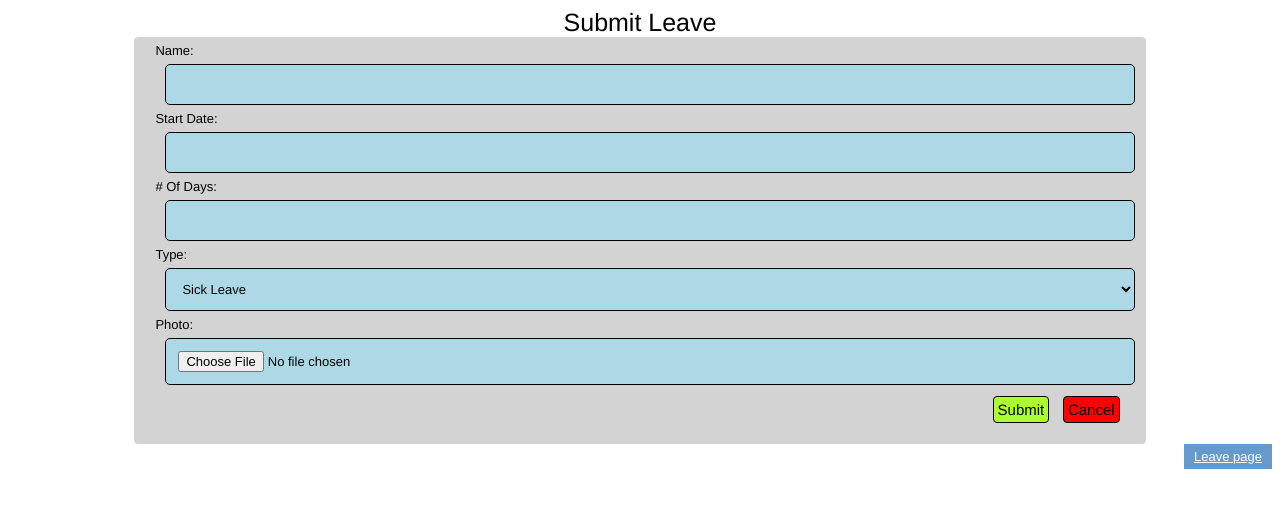
Repository: Murad71/BasicCRUD
Page: index.html
These files come from the project's save history. The page is drawn as it stood at one moment and after the next save; the edit follows.
The browser window is 1280 px wide. The pictures show the whole page.

Above is the page before, as saved 2023-04-18 20:00:16.

### index.html
<!DOCTYPE html>
<html lang="en">
  <head>
    <meta charset="UTF-8" />
    <meta http-equiv="X-UA-Compatible" content="IE=edge" />
    <meta name="viewport" content="width=device-width, initial-scale=1.0" />
    <link rel="stylesheet" href="index.css" />
    <title>Leave Request</title>
  </head>
  <body>
    <div>
      <form id="form1">
        <header>Submit Leave</header>
        <div class="container">
          <label for="name">Name:</label>
          <input type="text" id="name" name="name" />
          <br />
          <label for="startdate">Start Date:</label>
          <input type="text" id="startdate" name="startdate" />
          <br />
          <label for="days"># Of Days:</label>
          <input type="text" id="days" name="days" />
          <br />
          <label for="leaves">Type:</label>
          <select id="leave" name="leaves" required>
            <option value="Sick leave">Sick Leave</option>
            <option value="Early leave">Early Leave</option>
            <option value="Vacation leave">Vacation Leave</option>
            <option value="Other">Other</option>
          </select>
          <br />
          <label for="photo">Photo:</label>
          <input type="file" id="photo" name="photo"/>
          <div class="button-container">
            <input type="submit" value="Submit" id="submitButton"/>
            <input type="reset" value="Cancel" class="cancel" />
          </div>
        </div>
      </form>
      <div class="anchorContainer">
        <a href="index1.html"> Leave page</a>
        <!--Added the hyperlink here-->
      </div>
    </div>
    <script src="script.js"></script>
  </body>
</html>

### index.css
* {
  box-sizing: border-box;
  font-family: "Franklin Gothic Medium", "Arial Narrow", Arial, sans-serif;
  font-size: small;
}

.container {
  background-color: lightgray;
  padding: 5px 20px 15px 20px;
  border: 1px solid lightgray;
  border-radius: 4px;
  /* display: flex; */
  flex-direction: column;
  margin: 0 auto;
  width: 80%;
}

header {
  font-size: 25px;
  text-align: center;
}

input[type="text"],
input[type="file"],
select,
textarea {
  width: 100%;
  padding: 12px;
  margin: 6px;
  border: 1px solid;
  border-radius: 5px;
  margin-left: 10px;
  background-color: lightblue;
}

.button-container {
  text-align: right;
}

input[type="submit"],
input[type="reset"] {
  font-size: 15px;
  border: 1px solid;
  margin: 5px;
  padding: 4px;
  background-color: greenyellow;
  border-radius: 4px;
}

input[type="reset"].cancel {
  background-color: red;
}

.anchorContainer {
  text-align: right;
}

a {
  display: inline-block;
  background: #69c;
  color: #fff;
  padding: 5px 10px;
}

### script.js
let storage=JSON.parse(localStorage.getItem('store')) || [];
let index=JSON.parse(localStorage.getItem('rIndex')) || null;
const submitButtonCatch=document.getElementById("submitButton");
const img= new Image();

//after clicking the submit button
submitButtonCatch.addEventListener("click",() =>{
    const form=document.getElementById("form1");
    let object={};
    let flag=true;

    object["id"]= Date.now();
    for(let i=0;i<form.length;i++)
    {
        if(form.elements[i].name=="photo")
        {
            object[form.elements[i].name]= img.src;
        }
        else
        {
            object[form.elements[i].name]=form.elements[i].value;
        }
        if(form.elements[i].value=='')
        {
            flag=false;
            alert("WARNING: Fill all the given Input correctly.");
            break;
        }
        if(form.elements[i].name=="days" && (form.elements[i].value>7 || form.elements[i].value<1))
        {
            flag=false;
            alert("WARNING: Enter a valid number for vacation");
            break;
        }
    }

    if(flag)
    {
        alert("Your data has been submitted Successfully!!");
        if(index!=null)
        {
            storage[index]=object;
            index=null;
        }
        else storage.push(object);


        localStorage.setItem('store',JSON.stringify(storage));
        localStorage.setItem('rIndex',JSON.stringify(index));
        form.reset();
    }
});


//base64 conversion
const fileEl= document.getElementById('photo');
fileEl.addEventListener('change', () =>{

    const fr= new FileReader();
    fr.readAsDataURL(fileEl.files[0]);

    fr.addEventListener('load', ()=>{

        const url= fr.result;
        img.src= url;

    });

});


console.log(storage);



// let submitButtonClicked=document.getElementById("submitButton");
// let indx=0;
// let flag= true;
// let obj={};

// submitButtonClicked.addEventListener('click',() =>{

//     const form= document.getElementById('form1');
//     obj["id"]= indx;
//     indx++;
//     for(let i=0; i<form.length; i++)
//     {
//         obj[form.elements[i].name]=form.elements[i].value;
//         if(form.elements[i].value=='')
//         {
//             flag=false;
//             alert("WARNING: Fill all the given Input correctly.");
//             break;
//         }
//         if(form.elements[i].name=="days" && (form.elements[i].value>7 || form.elements[i].value<1))
//         {
//             flag=false;
//             alert("WARNING: Enter a valid number for vacation");
//             break;
//         }
//     }

//     if(flag)
//     {
//         alert("Data entered successfully!");
//         insertData();
//     }

// });


// function intertData()
// {
//     const table = document.getElementsByClassName("tbody1")[0];
//           var row=document.createElement('tr');
//            row.innerHTML = `<td>${obj.name}</td>
//                 <td>${obj.startdate}</td>
//                 <td>${obj.days}</td>
//                 <td>${obj.leaves}</td>
//                 <td><img id="img" src=${obj.photo} alt=""></td>
//                 <td><a href="index.html" id="edit">Edit</a> <input type='button' value= 'Reject' name=${obj.id} id="reject"/></td>`;
//             table.appendChild(row);
// }

After the next save:
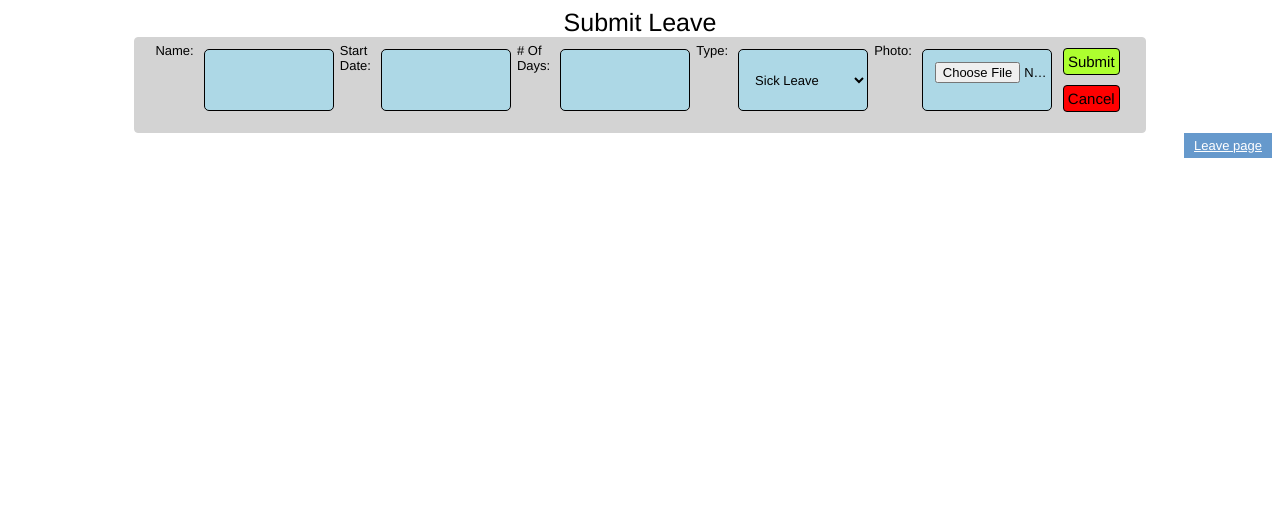
Saved 34 s later.
--- a/index.css
+++ b/index.css
@@ -9,8 +9,8 @@
   padding: 5px 20px 15px 20px;
   border: 1px solid lightgray;
   border-radius: 4px;
-  /* display: flex; */
-  flex-direction: column;
+  display: flex;
+  /* flex-direction: column; */
   margin: 0 auto;
   width: 80%;
 }
